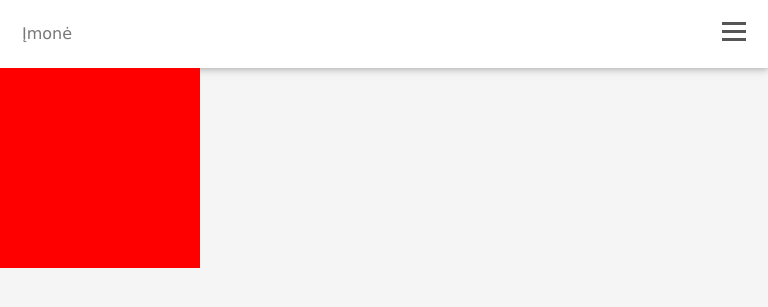
Repository: motiejus1/14-paskaita-05.31
Page: index.html
These files come from the project's save history. The page is drawn as it stood at one moment and after the next save; the edit follows.
The browser window is 768 px wide. The pictures show the whole page.
Some web libraries are served in a nearby version.

Above is the page before, as saved 2021-06-23 20:24:03.

After the next save:
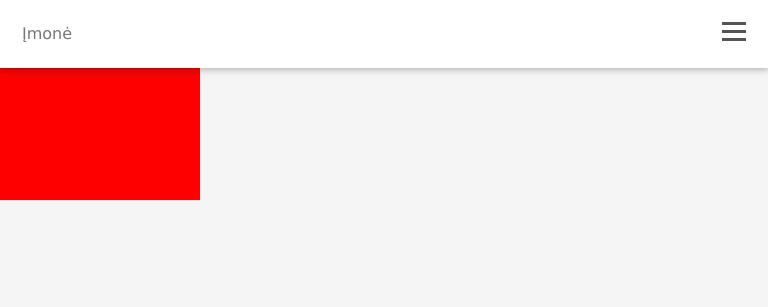
Saved 2 min 45 s later.
--- a/index.html
+++ b/index.html
@@ -134,6 +134,8 @@
             .navbar-component {
                 padding-top: 0.125rem;
                 padding-bottom: 0.125rem;
+                position: absolute;
+    width: 100%;
             }
 
             .area {
